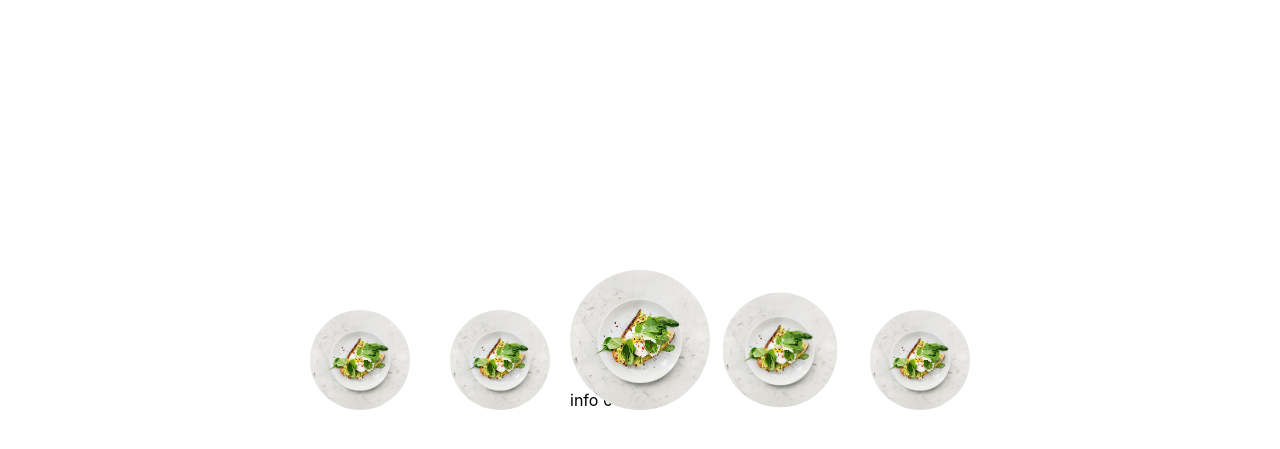
Repository: nambui98/slider
Page: /
These files come from the project's save history. The page is drawn as it stood at one moment and after the next save; the edit follows.
The browser window is 1280 px wide. The pictures show the whole page.
The project was rebuilt for these pictures with package versions that can differ from the ones it lists, and the page was loaded fresh each time. Also part of the build but not shown: vite.config.ts.

Above is the page before, as saved 2022-04-12 10:38:23.

### src/App.tsx
import { useState } from 'react'
import Horizolsider from './components/horizolslider/Horizolsider'
import logo from './logo.svg'
import './App.css'
import "slick-carousel/slick/slick.css";
import "slick-carousel/slick/slick-theme.css";
function App() {
  const [count, setCount] = useState(0)

  return (
    <div className="App">
      <Horizolsider />
    </div>
  )
}

export default App

### src/components/horizolslider/Horizolsider.tsx
import React, { useEffect, useRef, useState } from 'react'
import styled from 'styled-components'
import Slider from "react-slick";
import image1 from '../../assets/images/pexels-daria-shevtsova-1095550.jpg'

type Props = {}

const Wrapper = styled.div`
    width: 700px;
    /* margin: auto; */
`
const Item = styled.div`
    height: 150px;
    margin-top: 50px;
    transition: all .3s;
    /* display: flex !important;
    justify-content: center;
    align-items: flex-end;
    margin-bottom: 100px; */
    /* position: relative;
     */
    /* margin: 0 15px; */
    .info{
        visibility: hidden;
    }
    img{
        object-fit: cover;
        margin: 0 auto;
        /* width: 100px;
        height: 100px; */
        width: 100px;
        height: 100px;
        border-radius: 50%;
        transition: all .3s;
    }
    &.active{
        /* width: 150px;
        height: 100px; */
        /* height: 200px; */
        margin-top: 30px;
        img{

            /* width: 100%; */
            transform: scale(1.4)
        }
        .info{
            visibility: visible;
        }
    }
    &.near{
        /* width: 150px;
        height: 100px; */
        /* height: 200px; */
        margin-top: 40px;
        img{

            /* width: 100%; */
            transform: scale(1.15)
        }


    }
`
const Horizolsider = (props: Props) => {
    const [activeIndex, setActiveIndex] = useState<number>(0);
    const settings = {
        className: "listItem",
        dots: false,
        infinite: true,
        speed: 500,
        slidesToShow: 5,
        slidesToScroll: 1,
        centerMode: true,
        focusOnSelect: true,
        centerPadding: '0px',
        // adaptiveHeight: true,
        beforeChange: (current: any, next: any) => {
            setActiveIndex(next)

        },
    };

    return (
        <div style={{ display: "flex", height: "100vh", justifyContent: "center", alignItems: "center" }}>
            <Wrapper>
                <Slider {...settings}>
                    {
                        [...Array(10).keys()].map((i, index) =>
                            <Item className={`${index === activeIndex ? "active" : (activeIndex - index) === 1 || (index - activeIndex) === 1 ? "near" : ""}`}>
                                <img src={image1} alt="" />
                                <div className="info">info {i}</div>
                            </Item>
                        )
                    }
                </Slider>
            </Wrapper>
        </div>
    )
}
export default Horizolsider

### src/App.css
*{
  padding: 0;
  margin: 0;
  box-sizing: border-box;
}
.listItem{

}

Loaded but not shown: index.html (common file); src/main.tsx (common file); src/index.css (common file)

After the next save:
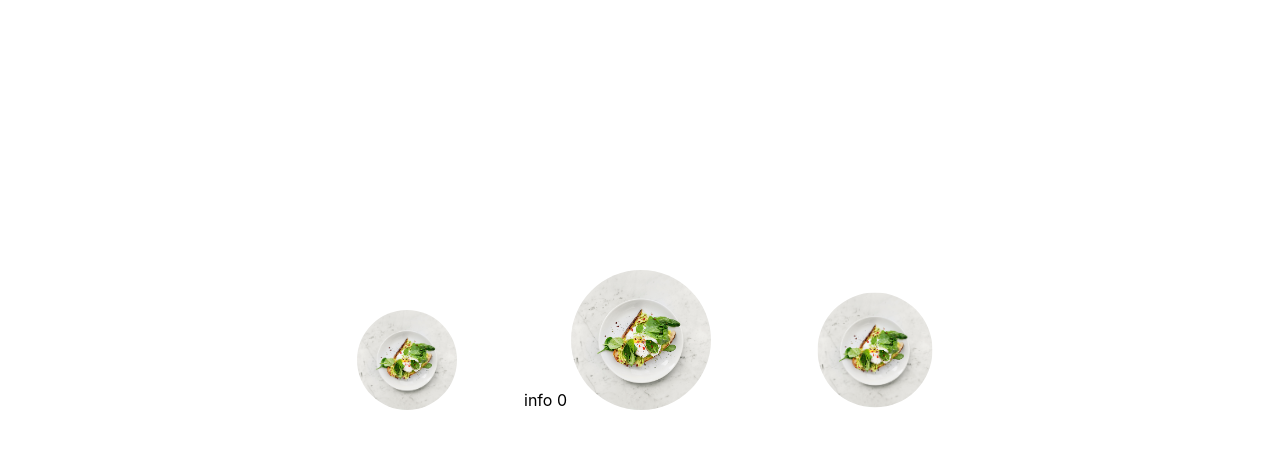
Saved 3 min 52 s later.
--- a/src/components/horizolslider/Horizolsider.tsx
+++ b/src/components/horizolslider/Horizolsider.tsx
@@ -68,7 +68,7 @@
         dots: false,
         infinite: true,
         speed: 500,
-        slidesToShow: 5,
+        slidesToShow: 3,
         slidesToScroll: 1,
         centerMode: true,
         focusOnSelect: true,

After the save that followed:
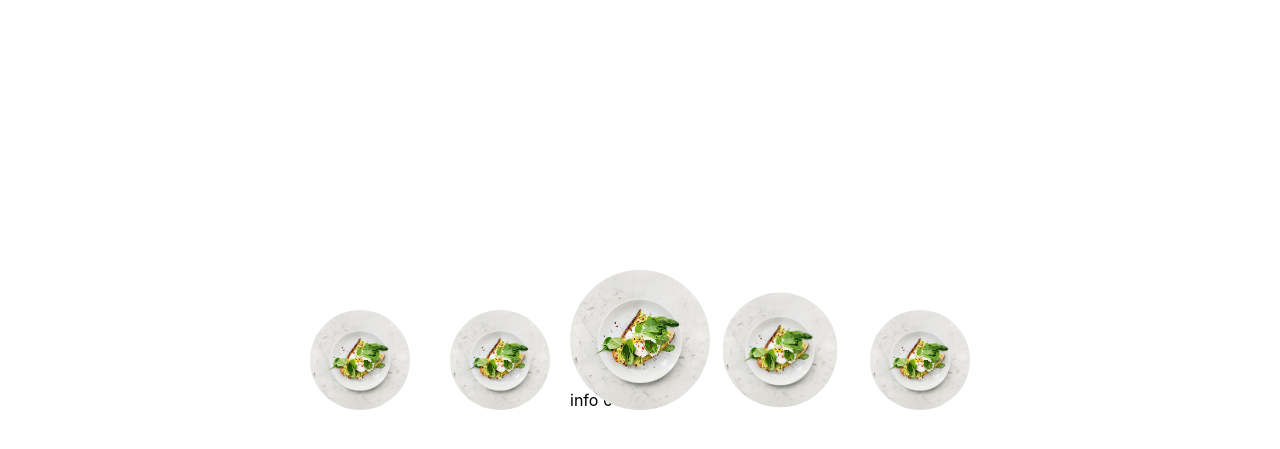
Saved 41 s later.
--- a/src/components/horizolslider/Horizolsider.tsx
+++ b/src/components/horizolslider/Horizolsider.tsx
@@ -68,7 +68,7 @@
         dots: false,
         infinite: true,
         speed: 500,
-        slidesToShow: 3,
+        slidesToShow: 5,
         slidesToScroll: 1,
         centerMode: true,
         focusOnSelect: true,
